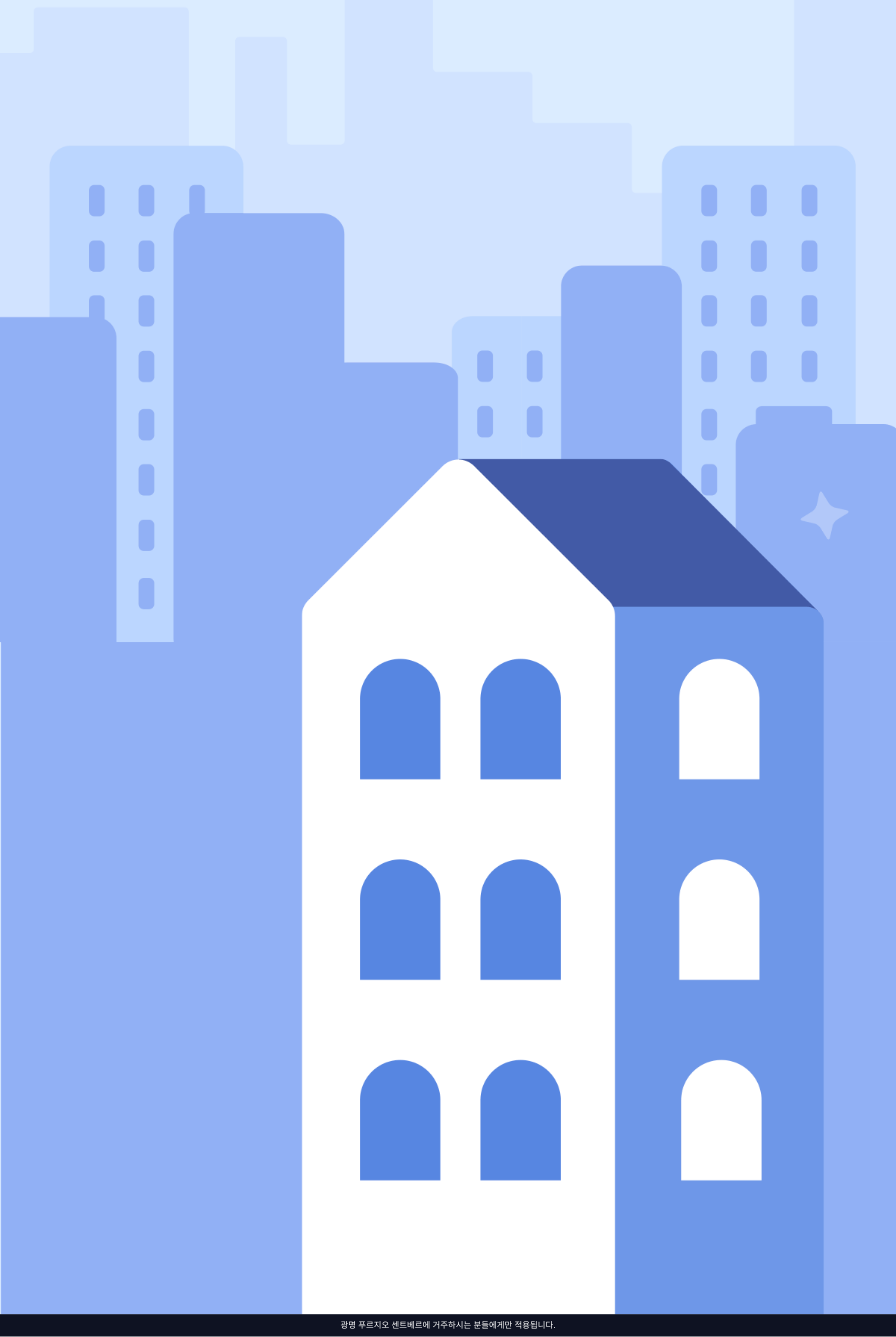
Repository: seraLeeDev/lgthinq-test
Page: index2.html
An editor plug-in stored every save of this project. The page is shown before and after the next save, followed by the edit.
The browser window is 1280 px wide. The pictures show the part of the page from y = 1565 to 3485 px (the page is 3475 px tall before and 3485 px after), at 70% of full size.
Some web fonts or font styles are not loaded; a fallback is used.

Above is the page before, as saved 2023-03-14 10:49:49.
Console error: ReferenceError: AOS is not defined

### index2.html
<!DOCTYPE html>
<html lang="ko">
  <head>
    <meta charset="UTF-8" />
    <meta http-equiv="X-UA-Compatible" content="IE=edge" />
    <meta name="viewport" content="width=device-width, initial-scale=1.0" />
    <title>빼기 | 새롭게 버리는 공식</title>
    <link as="style" rel="stylesheet" href="/css/reset.css" />
    <link as="style" rel="stylesheet" href="/css/font.css" />
    <link as="style" rel="stylesheet" href="/css/style.css" />
    <link href="https://unpkg.com/aos@2.3.1/dist/aos.css" rel="stylesheet" />
    <link
      rel="stylesheet"
      href="https://cdn.jsdelivr.net/gh/orioncactus/pretendard@v1.3.5/dist/web/static/pretendard-dynamic-subset.css"
    />
    <link
      rel="apple-touch-icon"
      sizes="57x57"
      href="/icons/apple-icon-57x57.png"
    />
    <link
      rel="apple-touch-icon"
      sizes="60x60"
      href="/icons/apple-icon-60x60.png"
    />
    <link
      rel="apple-touch-icon"
      sizes="72x72"
      href="/icons/apple-icon-72x72.png"
    />
    <link
      rel="apple-touch-icon"
      sizes="76x76"
      href="/icons/apple-icon-76x76.png"
    />
    <link
      rel="apple-touch-icon"
      sizes="114x114"
      href="/icons/apple-icon-114x114.png"
    />
    <link
      rel="apple-touch-icon"
      sizes="120x120"
      href="/icons/apple-icon-120x120.png"
    />
    <link
      rel="apple-touch-icon"
      sizes="144x144"
      href="/icons/apple-icon-144x144.png"
    />
    <link
      rel="apple-touch-icon"
      sizes="152x152"
      href="/icons/apple-icon-152x152.png"
    />
    <link
      rel="apple-touch-icon"
      sizes="180x180"
      href="/icons/apple-icon-180x180.png"
    />
    <link
      rel="icon"
      type="image/png"
      sizes="192x192"
      href="/icons/android-icon-192x192.png"
    />
    <link
      rel="icon"
      type="image/png"
      sizes="32x32"
      href="/icons/favicon-32x32.png"
    />
    <link
      rel="icon"
      type="image/png"
      sizes="96x96"
      href="/icons/favicon-96x96.png"
    />
    <link
      rel="icon"
      type="image/png"
      sizes="16x16"
      href="/icons/favicon-16x16.png"
    />
    <script type="text/javascript" src="/js/index.js"></script>
    <script src="https://unpkg.com/aos@2.3.1/dist/aos.js"></script>
  </head>
  <body>
    <div class="wrapper">
      <!-- 01 : 메인 -->
      <article class="article-box">
        <div class="full-img-box">
          <img src="./img/[LG ThinQ] main img.gif" alt="내려드림,할인드림" />
        </div>
        <div class="main-notice">
          <p>광명 푸르지오 센트베르에 거주하시는 분들에게만 적용됩니다.</p>
        </div>
      </article>
      <!-- 02 : ThinQ & 빼기 설명 -->
      <article></article>
      <!-- 03 : 내려드림 소개 -->
      <article>
        <!-- 03-1. 내려드림 서비스란? -->
        <section></section>
      </article>
      <!-- 04 : 자주묻는 질문-->
      <article></article>
      <!-- 플로팅 버튼 -->
      <div class="btn-float"></div>
      <footer></footer>
    </div>
  </body>
</html>

### css/font.css
@charset "UTF-8";

@font-face {
  font-family: "Pretendard";
  src: url("https://cdn.jsdelivr.net/gh/orioncactus/pretendard@v1.3.5/dist/web/static/pretendard-dynamic-subset.css");
}

@font-face {
  font-family: "HGSoftGGothicssi";
  font-style: normal;
  font-weight: 100;
  src: url(/font/HGSoftGGothicssi-00g.woff2) format("woff2"),
    url(/font/HGSoftGGothicssi-00g.woff) format("woff"),
    url(/font/HGSoftGGothicssi-00g.otf) format("opentype");
}

@font-face {
  font-family: "HGSoftGGothicssi";
  font-style: normal;
  font-weight: 200;
  src: url(/font/HGSoftGGothicssi-20g.woff2) format("woff2"),
    url(/font/HGSoftGGothicssi-20g.woff) format("woff"),
    url(/font/HGSoftGGothicssi-20g.otf) format("opentype");
}

@font-face {
  font-family: "HGSoftGGothicssi";
  font-style: normal;
  font-weight: 400;
  src: url(/font/HGSoftGGothicssi-40g.woff2) format("woff2"),
    url(/font/HGSoftGGothicssi-40g.woff) format("woff"),
    url(/font/HGSoftGGothicssi-40g.otf) format("opentype");
}

@font-face {
  font-family: "HGSoftGGothicssi";
  font-style: normal;
  font-weight: 600;
  src: url(/font/HGSoftGGothicssi-60g.woff2) format("woff2"),
    url(/font/HGSoftGGothicssi-60g.woff) format("woff"),
    url(/font/HGSoftGGothicssi-60g.otf) format("opentype");
}

@font-face {
  font-family: "HGSoftGGothicssi";
  font-style: normal;
  font-weight: 800;
  src: url(/font/HGSoftGGothicssi-80g.woff2) format("woff2"),
    url(/font/HGSoftGGothicssi-80g.woff) format("woff"),
    url(/font/HGSoftGGothicssi-80g.otf) format("opentype");
}

@font-face {
  font-family: "HGSoftGGothicssi";
  font-style: normal;
  font-weight: 900;
  src: url(/font/HGSoftGGothicssi-90g.woff2) format("woff2"),
    url(/font/HGSoftGGothicssi-90g.woff) format("woff"),
    url(/font/HGSoftGGothicssi-90g.otf) format("opentype");
}

### css/style.css
@charset "UTF-8";
/* typo style */
html,
body,
.wrapper {
  font-family: "Pretendard", sans-serif !important;
  font-size: 10px; /*1rem: 10px*/
}
.wrapper .GGothic {
  font-family: "HGSoftGGothicssi", sans-serif !important;
}

.font-semiBold {
  font-weight: 600 !important;
}

.font-bold {
  font-weight: 800 !important;
}

.font-extraBold {
  font-weight: 900 !important;
}

/* Box style */
.full-img-box {
  width: 100%;
}
.full-img-box img {
  width: 100%;
  vertical-align: bottom;
}

/* section 1 style */
.main-notice {
  width: 100%;
  padding: 10px 0;
  background: #0e1222;
}

.main-notice p {
  width: 100%;
  text-align: center;
  font-size: 1.2rem;
  color: #fff;
}

Loaded but not shown: css/reset.css (common file); js/index.js (common file)

After the next save:
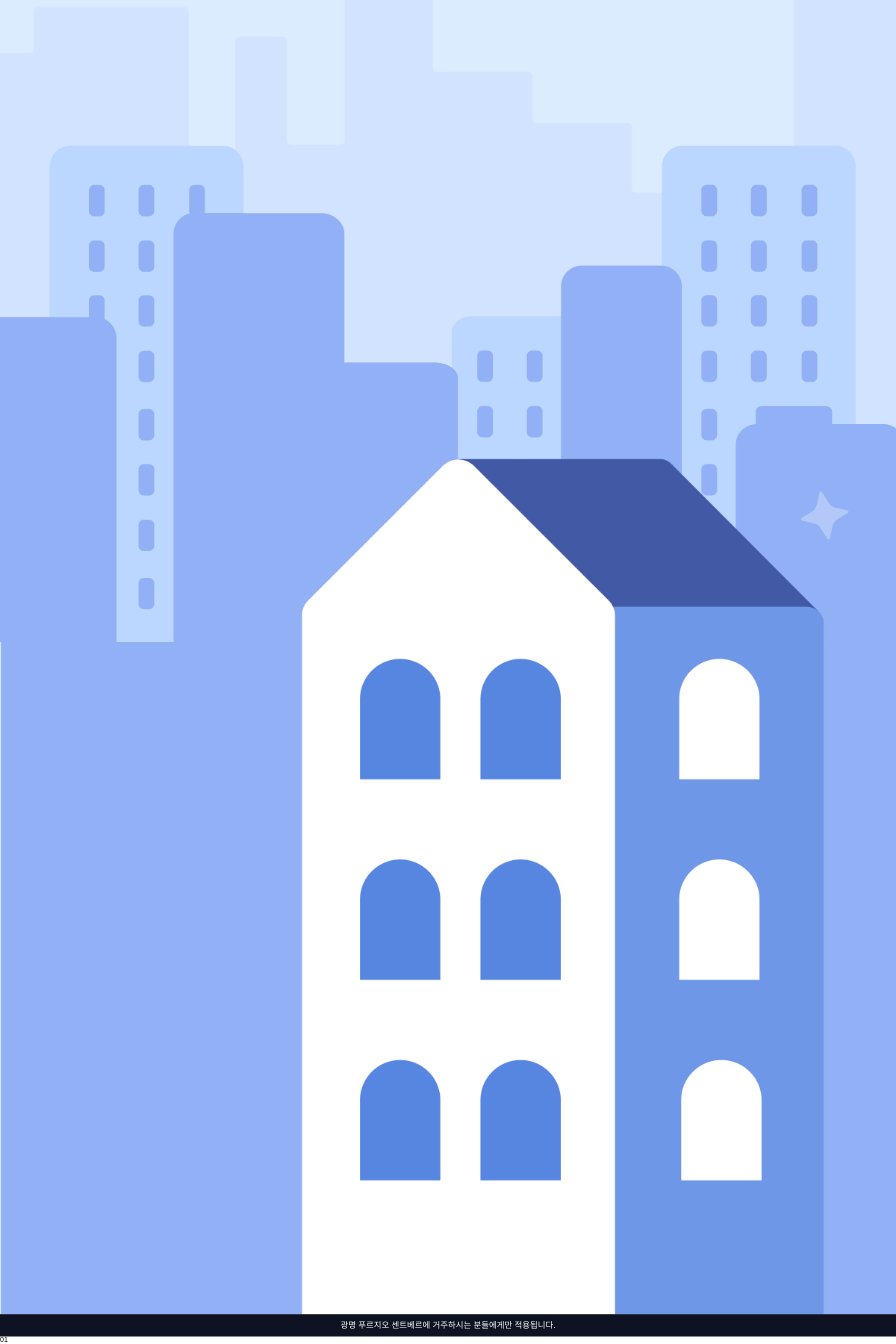
Saved 14 s later.
--- a/index2.html
+++ b/index2.html
@@ -101,7 +101,9 @@
       <!-- 03 : 내려드림 소개 -->
       <article>
         <!-- 03-1. 내려드림 서비스란? -->
-        <section></section>
+        <section>
+          <span>01</span>
+        </section>
       </article>
       <!-- 04 : 자주묻는 질문-->
       <article></article>
